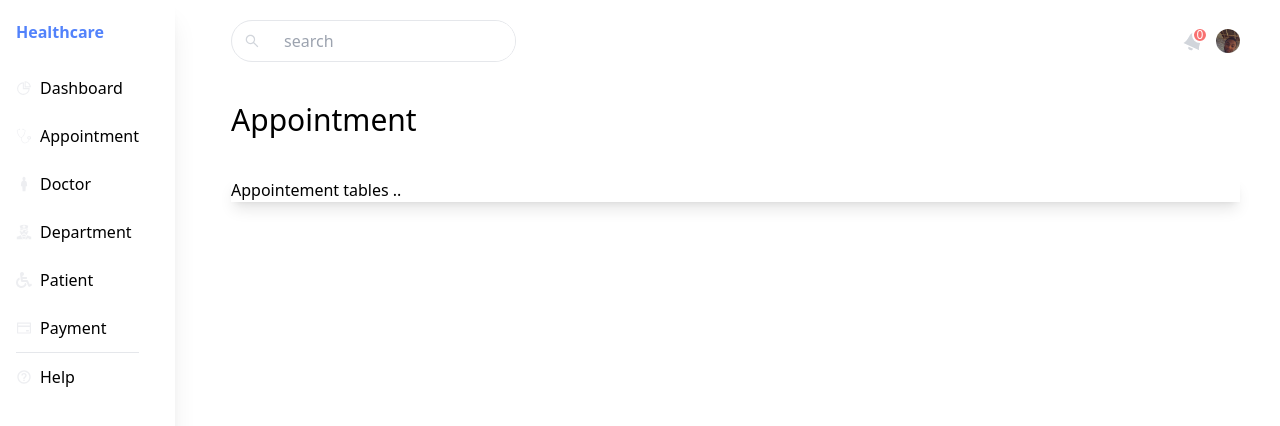
Repository: hisreal123/healthcare-dashboard
Page: /appointment
These files come from the project's save history. The page is drawn as it stood at one moment and after a run of saves; the edit follows.
The browser window is 1280 px wide. The pictures show the whole page.
The project was rebuilt for these pictures with package versions that can differ from the ones it lists, and the page was loaded fresh each time. Also part of the build but not shown: vite.config.ts, src/routes/Error.tsx, src/views/Dashboard.tsx, src/views/Doctor.tsx, src/views/Department.tsx, components/tables/PatientsTable.tsx, src/views/Patient.tsx, src/views/Payment.tsx and 1 more.

Above is the page before, as saved 2023-05-05 19:27:21.

### src/main.tsx
import React from 'react'
import ReactDOM from 'react-dom/client'
import App from './App.tsx'
import './index.css'


ReactDOM.createRoot(document.getElementById('root') as HTMLElement).render(
  <React.StrictMode>
    <App />
  </React.StrictMode>,
)

### src/App.tsx
import React from "react"
import {
  createBrowserRouter,
  RouterProvider,
} from "react-router-dom";
import Navigation from "../components/Navigation";
import Error from "./routes/Error";
import Dashboard from "./views/Dashboard";
import Appointment from "./views/Appointment";
import Doctor from "./views/Doctor";
import Department from "./views/Department";
import Patient from "./views/Patient";
import Payment from "./views/Payment";
import Help from "./views/Help";
import { Provider } from "react-redux";
import store from '../redux/store';

const router = createBrowserRouter([
  {
    path: "/",
    element: <Navigation />,
    errorElement: <Error />,

    children: [
      {
        path: "/dashboard",
        element: <Dashboard />,
      },
      {
        path: "/appointment",
        element: <Appointment />,
      },
      {
        path: "/doctor",
        element: <Doctor />,
      },
      {
        path: "/department",
        element: <Department />,
      },
      {
        path: "/patient",
        element: <Patient />,
      },
      {
        path: "/payment",
        element: <Payment />,
      },
      {
        path: "/help",
        element: <Help />,
      },
    ]

  }
]);



function App() {
  return (
    <Provider store={store}>
      <RouterProvider router={router} />
    </Provider>
  )
}

export default App

### components/Navigation.tsx
import { Outlet } from "react-router-dom";
import { list } from "../src/data/Links";

export default function Navigation() {

    return (
        <>
            <section className="flex space-x-4">
                <div id="sidebar" className="  h-screen shadow-xl group">
                    <div className="px-4 ">

                        {/* logo */}
                        <div >
                            <h1 className="py-5 text-[#5282FB] font-bold">Healthcare</h1>
                        </div>

                        {/* nav */}
                        <nav className="relative pr-5 ">
                            <ul className="relative">
                                {list.map((list, index) => {
                                    return (
                                        <li key={index} className="flex space-x-2 items-center py-3 last:border-t ">
                                            <span className="text-gray-200/70 text-md ">{list.icon}</span>
                                            <a href={`./${list.link}`} className="focus:text-[#5282FB] ">{list.name}</a>
                                        </li>
                                    )
                                })}
                            </ul>
                        </nav>
                    </div>
                </div>
                <div id="detail" className="relative w-full"><Outlet /></div>
            </section>
        </>
    );
}

### src/views/Appointment.tsx
import React from 'react'
import ProfileHeader from '../../components/holders/ProfileHeader'
import AppointmentTable from '../../components/tables/AppointementTable'

function Appointment() {
    return (
        <>
            <section
                className=" px-10 pt-5 w-full relative">
                <ProfileHeader />

                <main className="div mt-10">
                    <h1 className='lg:text-3xl'> Appointment</h1>
                    <AppointmentTable  />
                </main>
            </section>
        </>
    )
}

export default Appointment

### redux/store.js
import { configureStore } from "@reduxjs/toolkit";
import AppointmentReducer from "./slices/Appointment";
import patientsReducer from "./slices/Patient";



const store = configureStore({
    reducer : {
        appointments:  AppointmentReducer,
        patients:  patientsReducer,
    }
})


export default store

### src/data/Links.tsx
import { Home, BarChart2 } from 'react-feather';
import { GiStethoscope, GiPerson, GiNurseMale } from 'react-icons/gi'
import { FaWheelchair } from 'react-icons/fa'
import { AiOutlineCreditCard, AiOutlinePieChart } from 'react-icons/ai'
import { BiHelpCircle } from 'react-icons/bi'


type Class  = {
    id: number,
    icon: any,
    name:  string,
    link: string
}


export const list: Class[]= [
    {
        id: 1,
        icon: <AiOutlinePieChart />,
        name: 'Dashboard',
        link: './dashboard',
    },
    {
        id: 2,
        icon: <GiStethoscope />,
        name: 'Appointment',
        link: './Appointment',
    },
    {
        id: 3,
        icon: <GiPerson />,
        name: 'Doctor',
        link: './doctor',
    },
    {
        id: 4,
        icon: <GiNurseMale />,
        name: 'Department',
        link: './department',
    },
    {
        id: 5,
        icon: <FaWheelchair />,
        name: 'Patient',
        link: './patient',
    },
    {
        id: 6,
        icon: <AiOutlineCreditCard />,
        name: 'Payment',
        link: './payment',
    },
    {
        id: 7,
        icon: <BiHelpCircle />,
        name: 'Help',
        link: './help',
    },
]

### components/holders/ProfileHeader.tsx
import React from 'react'
import SearchBar from '../Misc/SearchBar'
import { BsFillBellFill } from 'react-icons/bs'



type ImageWrapperProp = {
    ImageWrapperStyle?: string
}
export const ImageWrapper = ({ ImageWrapperStyle }: ImageWrapperProp) => {
    return (
        <>
            <div className={` ${ImageWrapperStyle} cursor-pointer h-6 w-6 overflow-hidden rounded-full bg-black hover:h-6 hover:w-6`}>
                <img src='./profile.jpg' alt="" className='object-center ' />
            </div>
        </>
    )
}


export default function ProfileHeader() {

    const count = 0
    return (
        <>
            <section className='flex items-center justify-between relative w-full'>
                <div className="left">
                    <SearchBar />
                </div>
                <div className="right flex  items-center space-x-3">

                    <span className='relative group'>
                        <BsFillBellFill className=" cursor-pointer text-xl text-gray-300 rotate-[25deg] group-hover:text-gray-400" />
                        <span className=" cursor-pointer absolute -top-1 -right-1 text-xs text-white border-2 border-white  bg-red-400  group-hover:bg-red-600 rounded-full h-4 w-4  flex items-center  justify-center">
                            {count}
                        </span>
                    </span>


                    <ImageWrapper ImageWrapperStyle='' />
                </div>
            </section>
        </>
    )
}

### components/tables/AppointementTable.tsx
import React from 'react'



type AppointmentTableProps = {
    tableStyle?: string
}


export default function Appointement({ tableStyle }: AppointmentTableProps) {
    return (
        <>
            <section className={`${tableStyle} mt-10 bg-white shadow-lg`}>
                <h1> Appointement tables ..</h1>
            </section>
        </>
    )
}

### redux/slices/Appointment.js
import { createSlice } from "@reduxjs/toolkit";
import { sub } from "date-fns";

// const GENDER =  'M' || 'F',

// const userType = {
//     id: String,
//     name: String,
//     gender: String,
//     age: Number,
//     email:String
// }


const initialState = [

]



const appointmentsSlice = createSlice({
    name: 'appointments',
    initialState,
    reducers : {
        createAppointment (state, action ){
            state.push(action.payload)
        }
    }
})


export const createAppointment = appointmentsSlice.actions
export default appointmentsSlice.reducer

### redux/slices/Patient.js
import { createSlice } from "@reduxjs/toolkit";

const initialState = [
    {
        id:'1',
        image: '../profile.jpg',
        name: 'Lexis Alexandra',
        gender: 'M',
        age: 34,
        email: 'alex@gmail.com'
    },
    {
        id:'2',
        image: '../profile.jpg',
        name: 'Ronald Richard',
        gender: 'F',
        age: 40,
        email: 'Ronald@outlook.com'
    },
];

const patientsSlice = createSlice({
    name: 'patients',
    initialState,
    reducers: {
        addPatient(state, action) {
            state.push(action.payload);
        },
    },
});

export const selectAllPatient = (state) => state.patients;
export const { addPatient } = patientsSlice.actions;
export default patientsSlice.reducer;

### components/Misc/SearchBar.tsx
import React from 'react'
import { AiOutlineSearch } from 'react-icons/ai'

type SearchProps = {
    SearchStyle?: string
}

export default function SearchBar({ SearchStyle }: SearchProps) {
    const [name, setName] = React.useState('');



    const handleSearchClicked = (e: any) => {
        setName(e.target.value)
        console.log(name)
    }

    const handleFormSearch = (e: any) => {
        e.preventDefault()
        console.log(name)

        setName('')
    }
    return (
        <>
            <div className="search flex rounded-3xl overflow-hidden border items-center  ">
                <form className='flex items-center' onSubmit={handleFormSearch}>
                    <span className='px-3 relative'>
                        <AiOutlineSearch className="text-gray-300" onClick={handleSearchClicked} />
                    </span>
                    <input
                        type="text"
                        placeholder='search'
                        className={`${SearchStyle}  outline-none w-full py-2 pl-3 `}
                        aria-expanded
                        value={name}
                        onChange={handleSearchClicked}
                    />
                </form>
            </div>
        </>
    )
}

### tailwind.config.js
/** @type {import('tailwindcss').Config} */
export default {
   content: [
    "./index.html",
    "./src/**/*.{js,ts,jsx,tsx}",
    "./components/**/*.{js,ts,jsx,tsx}",
  ],
  theme: {
    extend: {},
  },
  plugins: [],
}

Loaded but not shown: index.html (common file); src/index.css (common file)

After the next 2 saves:
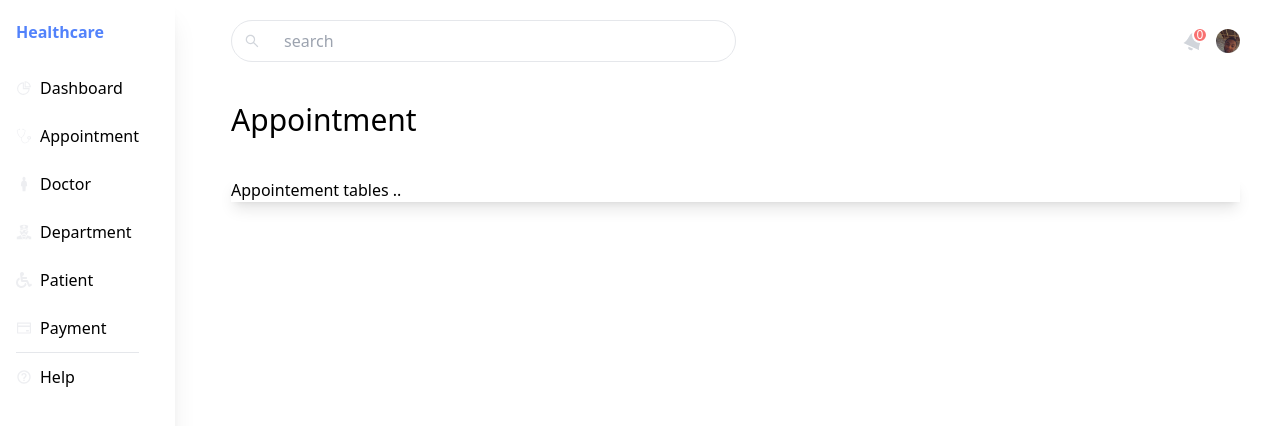
The 2 saves are shown as one change because they came seconds apart.
The last was saved 7 s later.
--- a/components/holders/ProfileHeader.tsx
+++ b/components/holders/ProfileHeader.tsx
@@ -24,7 +24,7 @@ export default function ProfileHeader() {
     return (
         <>
             <section className='flex items-center justify-between relative w-full'>
-                <div className="left">
+                <div className="left w-1/2">
                     <SearchBar />
                 </div>
                 <div className="right flex  items-center space-x-3">
